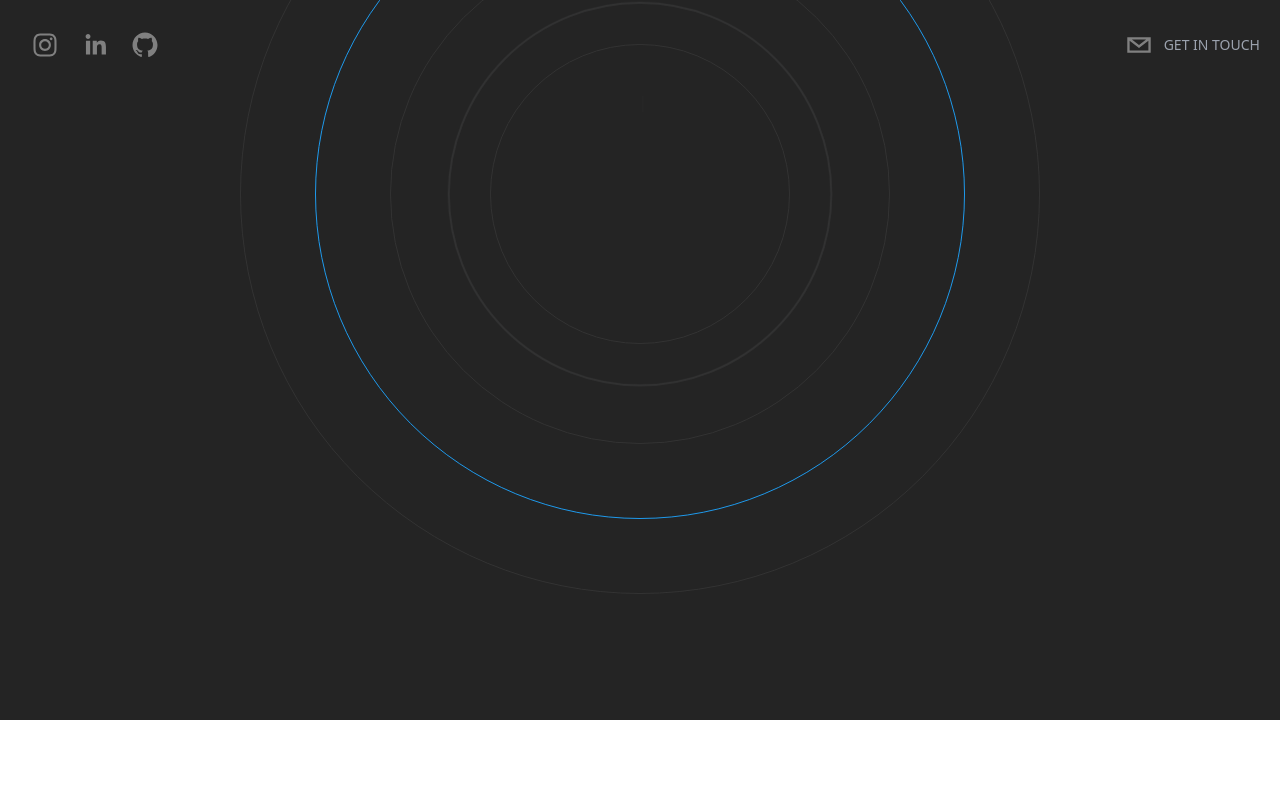
Repository: husainmamuwala/portfolio2.0
Page: /
An editor plug-in stored every save of this project. The page is shown before and after a run of saves, followed by the edit.
The browser window is 1280 px wide. The pictures show the whole page.
The project was rebuilt for these pictures with package versions that can differ from the ones it lists, and the page was loaded fresh each time. The framework's server and built-in components were replaced by stand-ins that run in the browser. Also part of the build but not shown: next.config.js.

Above is the page before, as saved 2022-09-17 18:41:20.

### pages/index.tsx
import type { NextPage } from 'next'
import Head from 'next/head'
import Image from 'next/image'
import Header from '../components/Header'
import Hero from '../components/Hero'
import styles from '../styles/Home.module.css'

const Home: NextPage = () => {
  return (
    <div className='bg-[rgb(36,36,36)] text-white h-screen'>
      <Header/>
      <section id='hero'>
      <Hero/>
      </section>
    </div>

  )
}

export default Home

### components/Header.tsx
import React from 'react'
import { SocialIcon } from 'react-social-icons';
import {motion} from 'framer-motion'

type Props = {}

export default function Header({}: Props) {
  return (
    <header className='sticky top-0 p-5 flex items-start max-w-7xl justify-between mx-auto z-20
    xl:items-center'>

        <motion.div
        initial={{
            x:-500,
            opacity:0,
            scale:0.5
        }}
        animate={{
            x:0,
            opacity:1,
            scale:1
        }}
        transition={{
            duration:1.5
        }}
        className='flex flex-row items-center'>
            <SocialIcon
            url='https://www.instagram.com/husain_mamuwala'
            fgColor='gray'
            bgColor='transparent'/>
             <SocialIcon
            url='https://www.linkedin.com/husain_mamuwala'
            fgColor='gray'
            bgColor='transparent'/>
             <SocialIcon
            url='https://www.github.com/husain_mamuwala'
            fgColor='gray'
            bgColor='transparent'/>
        </motion.div>

        <motion.div
        initial={{
            x:500,
            opacity:0,
            scale:1.5
        }}
        animate={{x:0,opacity:1,scale:1}}
        transition={{duration:1.5}}
        className="flex felx-row items-center text-gray-400">
            <SocialIcon
            className='cursor-pointer'
            network='email'
            fgColor='gray'
            bgColor='transparent'/>

            <p className=' uppercase hidden md:inline-flex text-sm text-gray-400'>
                Get In Touch
            </p>
        </motion.div>
    </header>

  )
}

### components/Hero.tsx
import React from 'react'
import {useTypewriter,Cursor} from 'react-simple-typewriter';
import BackgroundCircles from './BackgroundCircles';

type Props = {}

export default function Hero({}: Props) {
    const {text,count} = useTypewriter({
        words:["Hi , My Name is Husain","Guy-who-loves-cycling.tsx","<Student/>"],
        loop:true,
        delaySpeed: 2000,
    });
  return (
    <div className='h-screen flex flex-col items-center'>
        <BackgroundCircles/>
        <h1>
            <span>{text}</span>
            <Cursor />
        </h1>

    </div>
  );
}

### components/BackgroundCircles.tsx
import React from 'react'

type Props = {}

function BackgroundCircles({}: Props) {
  return (
    <div className='relative flex justify-center items-center'>
        <div className='absolute border [#333333] rounded-full h-[200px] w-[200px] mt-52 animate-ping '/>
        <div className=' absolute border border-[#333333] rounded-full h-[300px] w-[300px] mt-52'/>
        <div className=' absolute border border-[#333333] rounded-full h-[500px] w-[500px] mt-52'/>
        <div className=' absolute border border-[#1f9aec] rounded-full h-[650px] w-[650px] mt-52'/>
        <div className=' absolute border border-[#333333] rounded-full h-[800px] w-[800px] mt-52'/>
    </div>
  )
}

export default BackgroundCircles

Loaded but not shown: pages/_app.tsx (common file); styles/globals.css (common file); tailwind.config.js (common file)

After the next 2 saves:
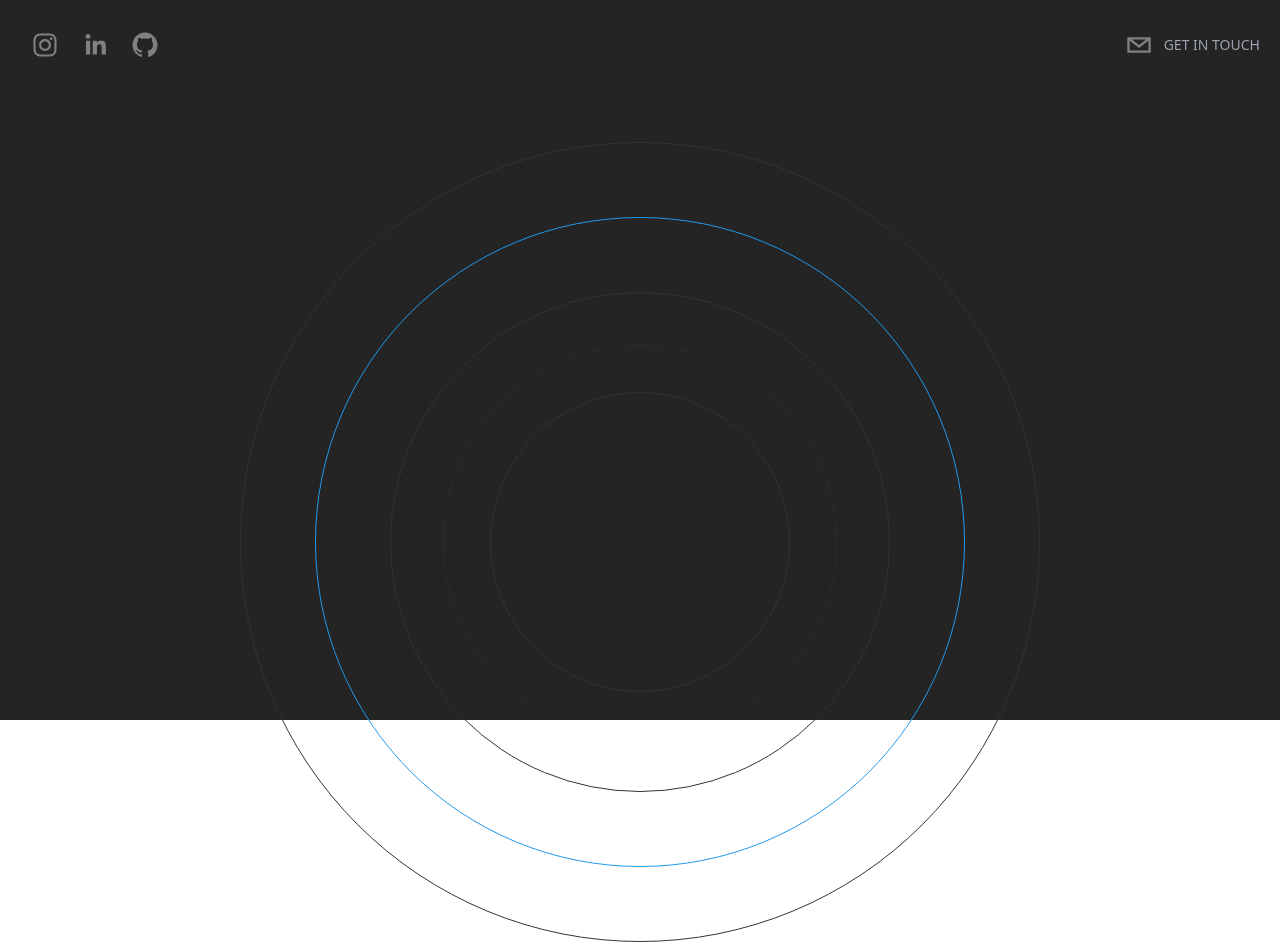
The 2 saves are shown as one change because they came seconds apart.
The last was saved 5 s later.
--- a/components/Hero.tsx
+++ b/components/Hero.tsx
@@ -11,7 +11,7 @@ export default function Hero({}: Props) {
         delaySpeed: 2000,
     });
   return (
-    <div className='h-screen flex flex-col items-center'>
+    <div className='h-screen flex flex-col items-center justify-center'>
         <BackgroundCircles/>
         <h1>
             <span>{text}</span>
